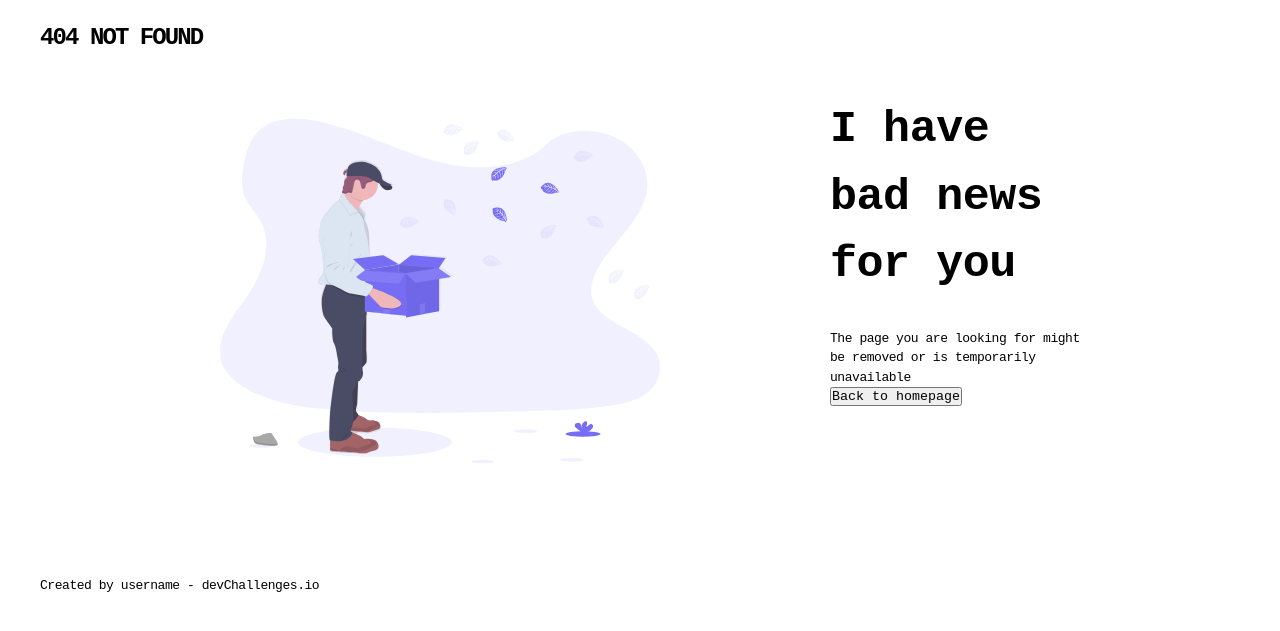
Repository: georgisenze/404-not-found-challeng
Page: index.html
These files come from the project's save history. The page is drawn as it stood at one moment and after the next save; the edit follows.
The browser window is 1280 px wide. The pictures show the whole page.

Above is the page before, as saved 2023-02-21 07:07:45.

### index.html
<!DOCTYPE html>
<html lang="en">
<head>
    <meta charset="UTF-8">
    <meta http-equiv="X-UA-Compatible" content="IE=edge">
    <meta name="viewport" content="width=device-width, initial-scale=1.0">
    <title>404 page not found</title>
    <link rel="stylesheet" href="assets/css/style.css">
    <link
      href="https://fonts.googleapis.com/css2?family=Poppins:wght@400;500&display=swap"
      rel="stylesheet"
    />
</head>
<body>
    <div class="main">
        <header>
            <p>404 not found</p>
        </header>

        <div class="container">
            <div class="row">
                <div class="left">
                    <img src="assets/img/404-illustration.svg" alt="">
                </div>
                <div class="rigth">
                    <div class="col-2">
                        <h1>I have bad news for  you</h1>
                    </div>
                    <div class="col-2">
                        <p>The page you are looking for might be removed or is temporarily unavailable</p>
                    </div>
                    <div class="col-2">
                        <button>Back to homepage</button>
                    </div>
                </div>
            </div>
        </div>


        <footer>
            <p>Created by <span>username</span> - devChallenges.io </p>
        </footer>
    </div>
</body>
</html>

### assets/css/style.css
*{
    margin: 0;
    padding: 0;
    font-family: monospace;
}

.main {
    grid-template-rows: auto 1fr auto;
    max-width: 1200px;
    min-height: 100vh;
    margin: 0 auto;
    padding-inline: 24px;
    line-height: 1.5;
    letter-spacing: -0.035em;
}

header p {
    text-transform: uppercase;
    font-weight: 700;
    font-size: 24px;
    padding: 20px 0;
    letter-spacing: -0.08em;
}

.container{
    display: flex;
    justify-content: center;
}

.row{
    display: flex;
    justify-content: space-around;
    height: 500px;
}

.left {
    margin-right: 150px;
}

.left img{
    width: 440px;
    height: 350px;
    float: left;
    padding: 40px 20px;
}

.rigth{
    display: flex;
    flex-direction: column;
    flex-wrap: wrap;
    align-content: space-between;
    width: 250px;
}

.col-2 h1{
    padding-top: 20px;
    font-weight: 700;
    font-size: 45px;
    margin-bottom: 30px;
}

After the next save:
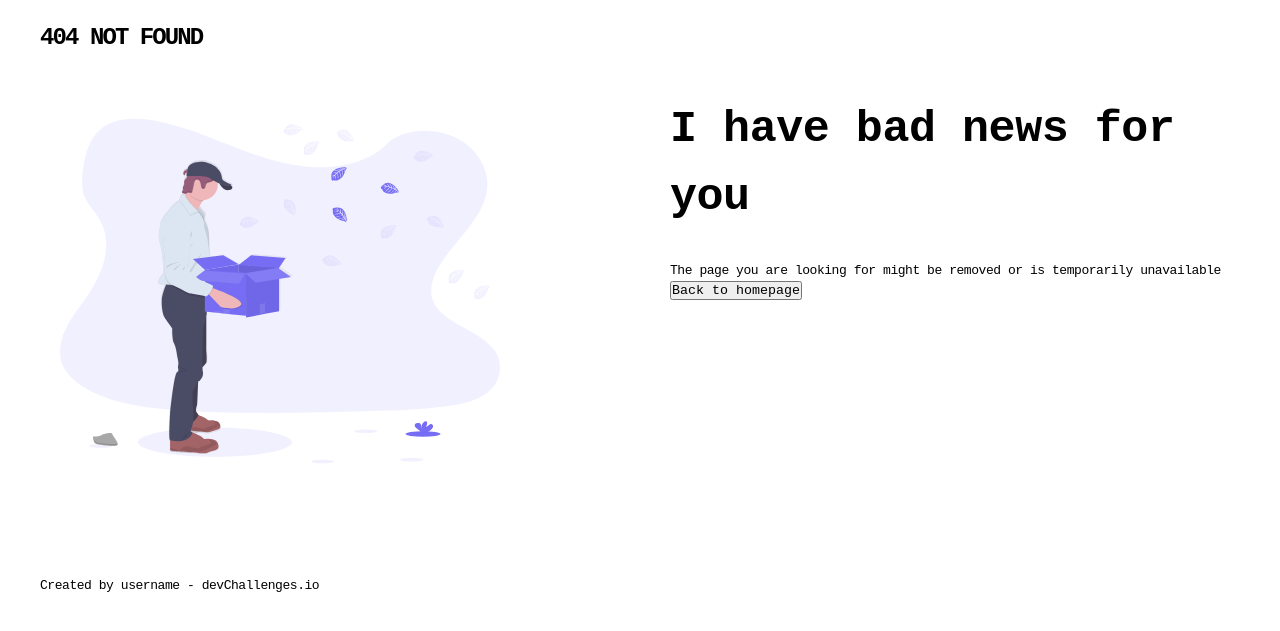
Saved 6 s later.
--- a/assets/css/style.css
+++ b/assets/css/style.css
@@ -49,7 +49,7 @@ header p {
     flex-direction: column;
     flex-wrap: wrap;
     align-content: space-between;
-    width: 250px;
+
 }
 
 .col-2 h1{
